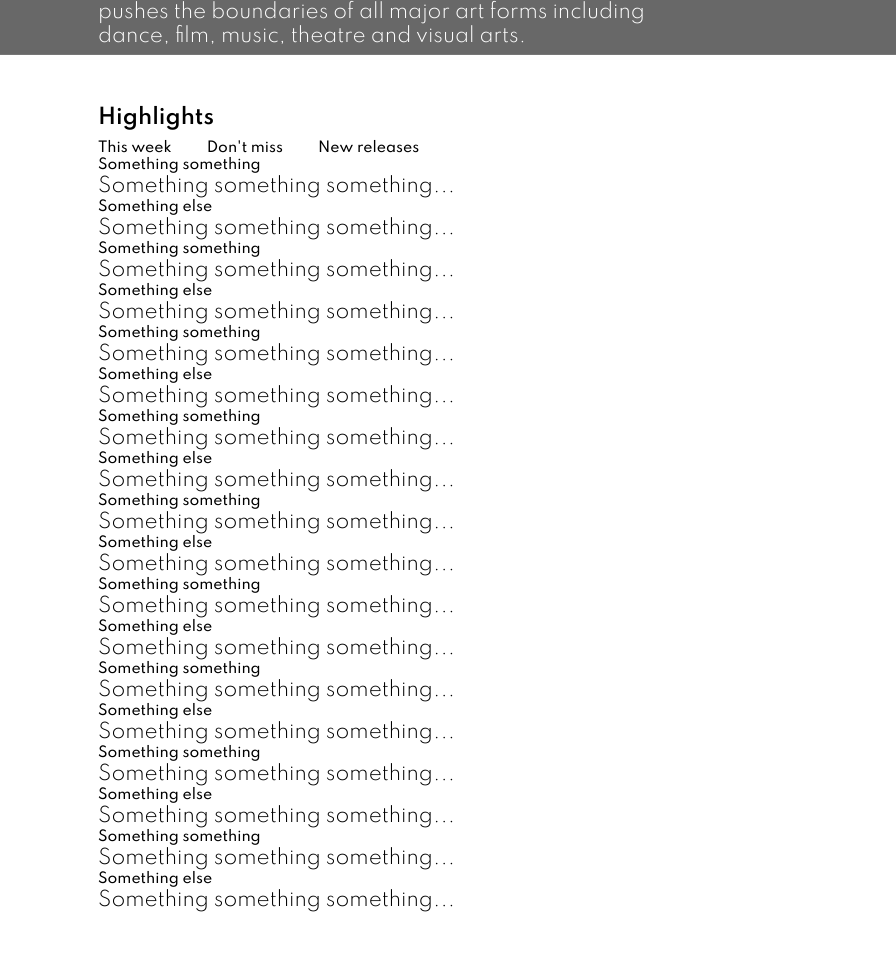
Repository: vvogt/fameworks_vv
Page: /
These files come from the project's save history. The page is drawn as it stood at one moment and after the next save; the edit follows.
The browser window is 1280 px wide. The pictures show the part of the page from y = 528 to 2448 px (the page is 1892 px tall before and 6212 px after), at 70% of full size.
Pictures or frames that could not be fetched are drawn as grey boxes. The project was rebuilt for these pictures with package versions that can differ from the ones it lists, and the page was loaded fresh each time. Also part of the build but not shown: src/components/NotFound.js. Imported but missing from the stored project, and not drawn on this page: src/assets/videos/seald_fullhd.mp4.

Above is the page before, as saved 2020-03-28 17:40:56.

After the next save:
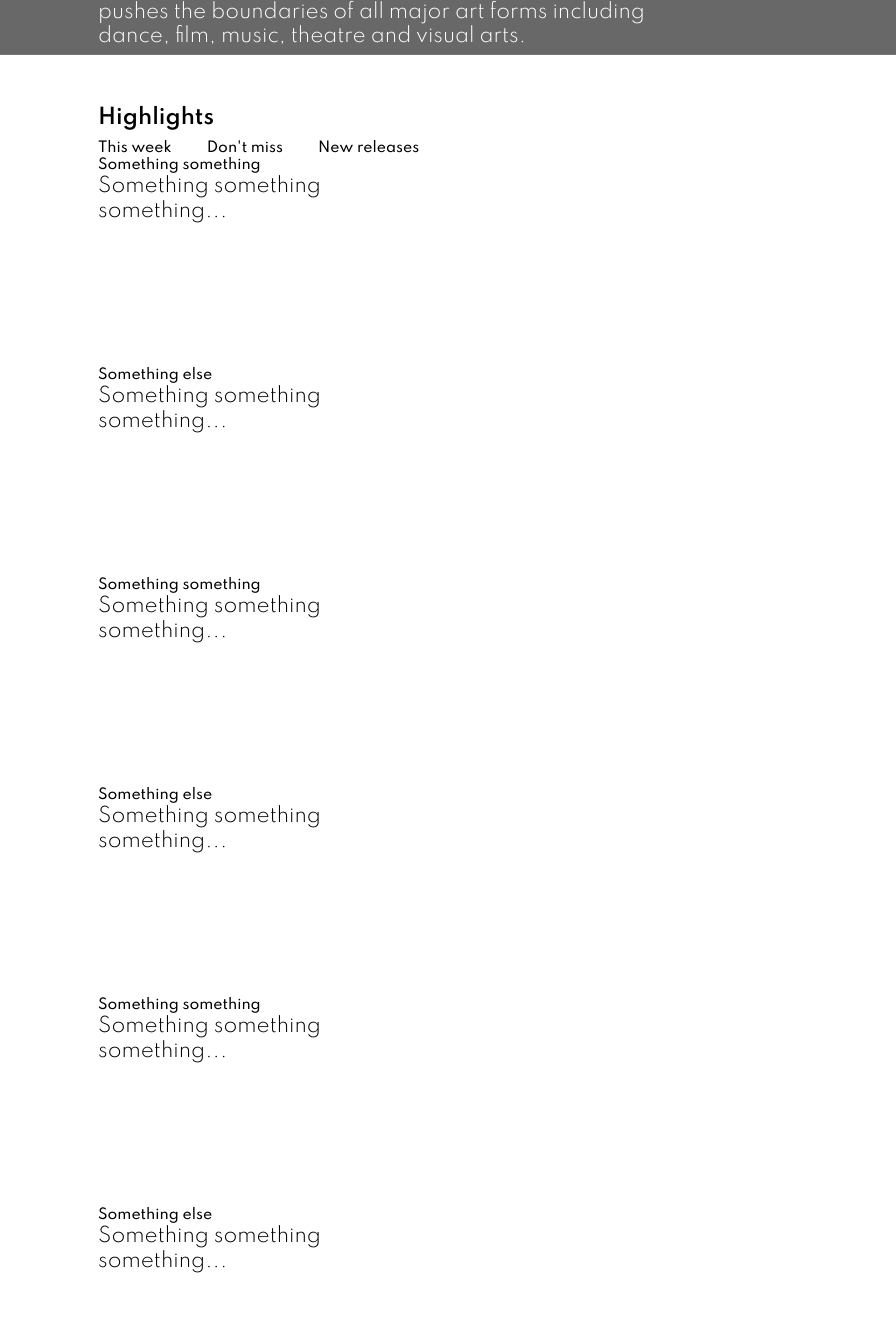
Saved 51 s later.
--- a/src/scss/_components.section.scss
+++ b/src/scss/_components.section.scss
@@ -2,6 +2,11 @@
    padding-top: rem-calc(60);
    padding-bottom: rem-calc(60);
    @include setLRPadding($padding_lr);
+
+   .articlePreview {
+      width: 400px;
+      height: 300px;
+   }
 
    .categoryTabs {
       width: 100%;
